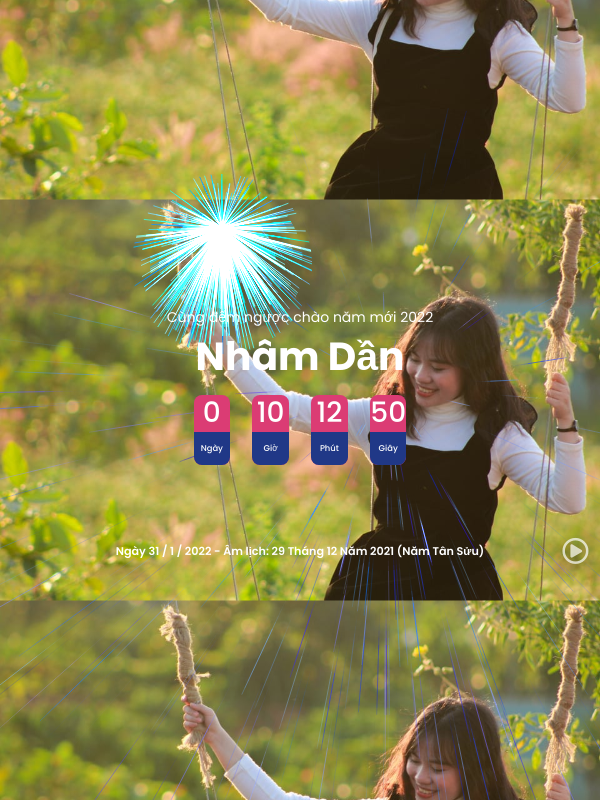
Repository: nguyenban1903/nguyenban1903.github.io
Page: huonggiangcountdown/index.html
An editor plug-in stored every save of this project. The page is shown before and after the next save, followed by the edit.
The browser window is 600 px wide. The pictures show the whole page.
Some web libraries are served in a nearby version.

Above is the page before, as saved 2022-01-31 17:51:58.

After the next save:
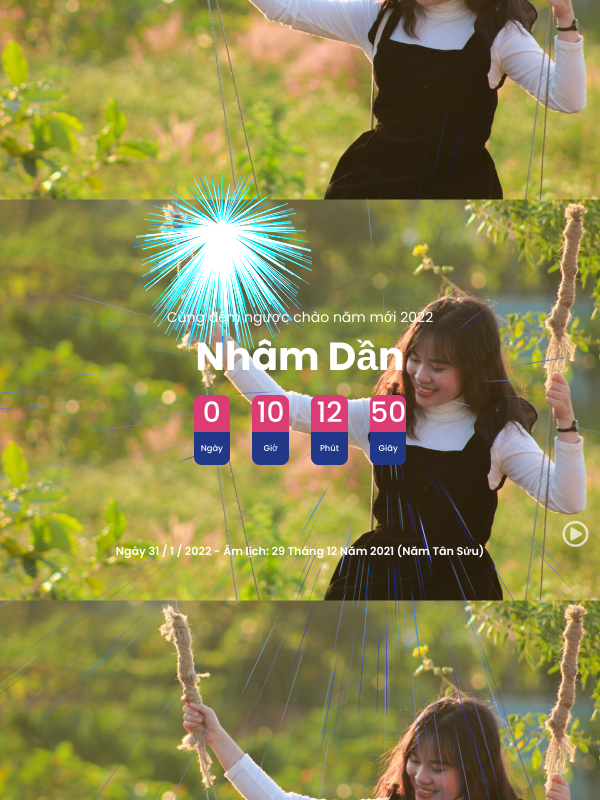
Saved 11 s later.
--- a/huonggiangcountdown/assets/css/style.css
+++ b/huonggiangcountdown/assets/css/style.css
@@ -230,7 +230,7 @@ body {
     font-weight: 600;
   }
   .musics {
-    bottom: 42em;
+    bottom: 45em;
     right: 2em;
   }
   .musics > i {
